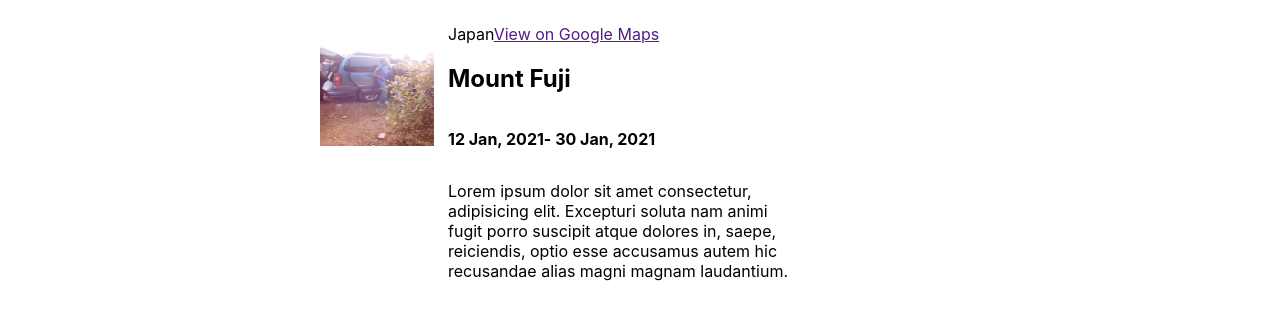
Repository: BuduCE/travel-journal
Page: /
An editor plug-in stored every save of this project. The page is shown before and after the next save, followed by the edit.
The browser window is 1280 px wide. The pictures show the whole page.
The project was rebuilt for these pictures with package versions that can differ from the ones it lists, and the page was loaded fresh each time. Also part of the build but not shown: src/components/Home/styles.css, src/components/Home/index.jsx.

Above is the page before, as saved 2022-08-25 11:38:53.

After the next save:
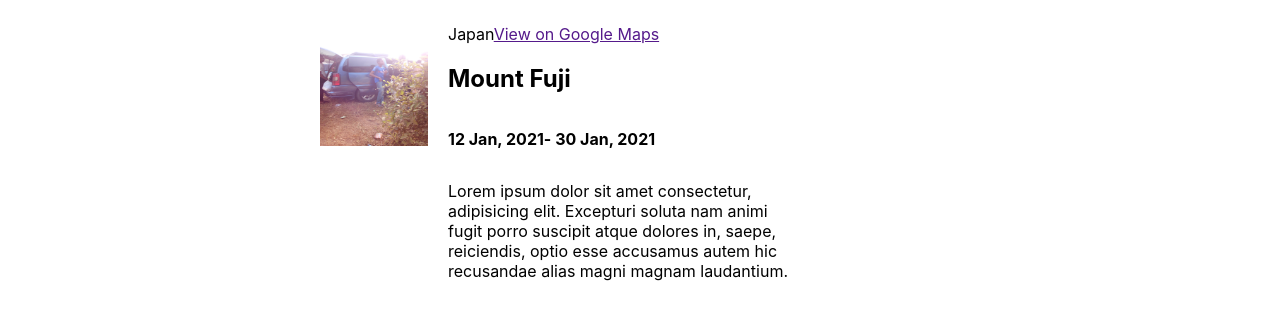
Saved 7 s later.
--- a/src/components/Tour/styles.css
+++ b/src/components/Tour/styles.css
@@ -6,7 +6,7 @@
     padding: 24px;
 }
 .tour-img{
-    margin-right: 14px;
+    margin-right: 20px;
 }
 .tour-img > img{
     width: 100%;
